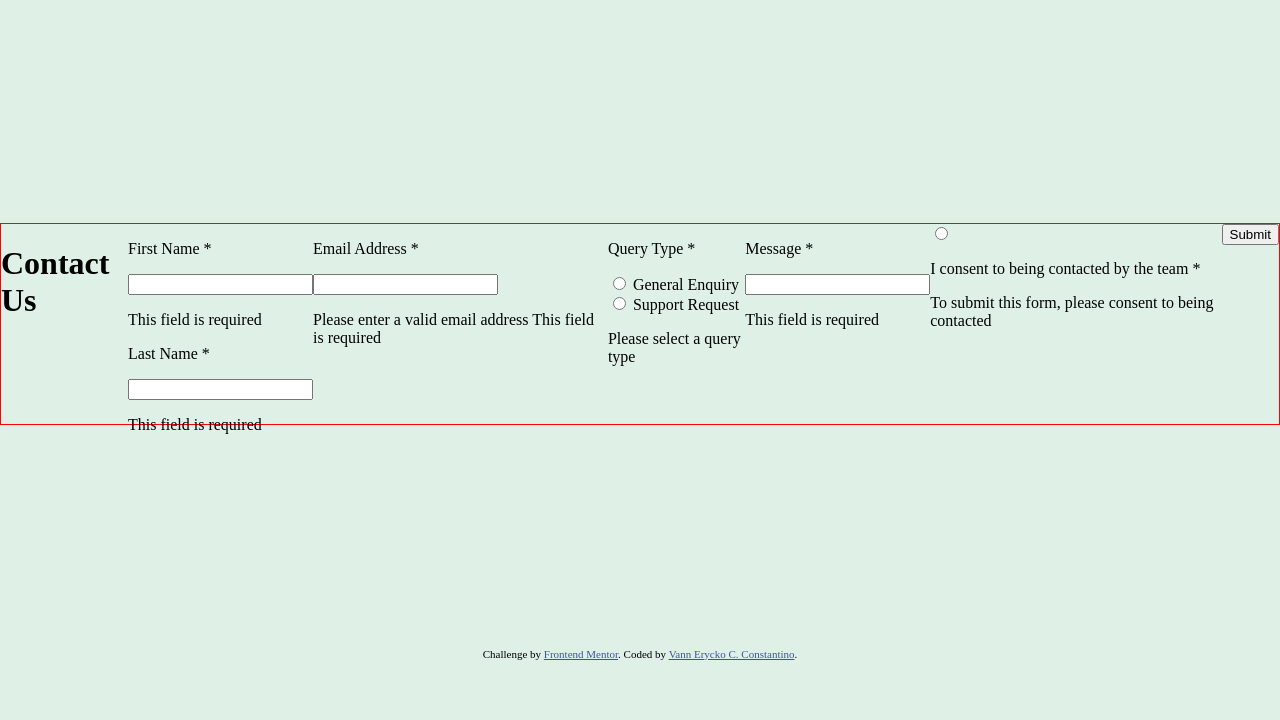
Repository: kocokoy/contact-form
Page: contact-form-main/index.html
These files come from the project's save history. The page is drawn as it stood at one moment and after the next save; the edit follows.
The browser window is 1280 px wide. The pictures show the whole page.

Above is the page before, as saved 2024-10-24 08:51:35.

After the next save:
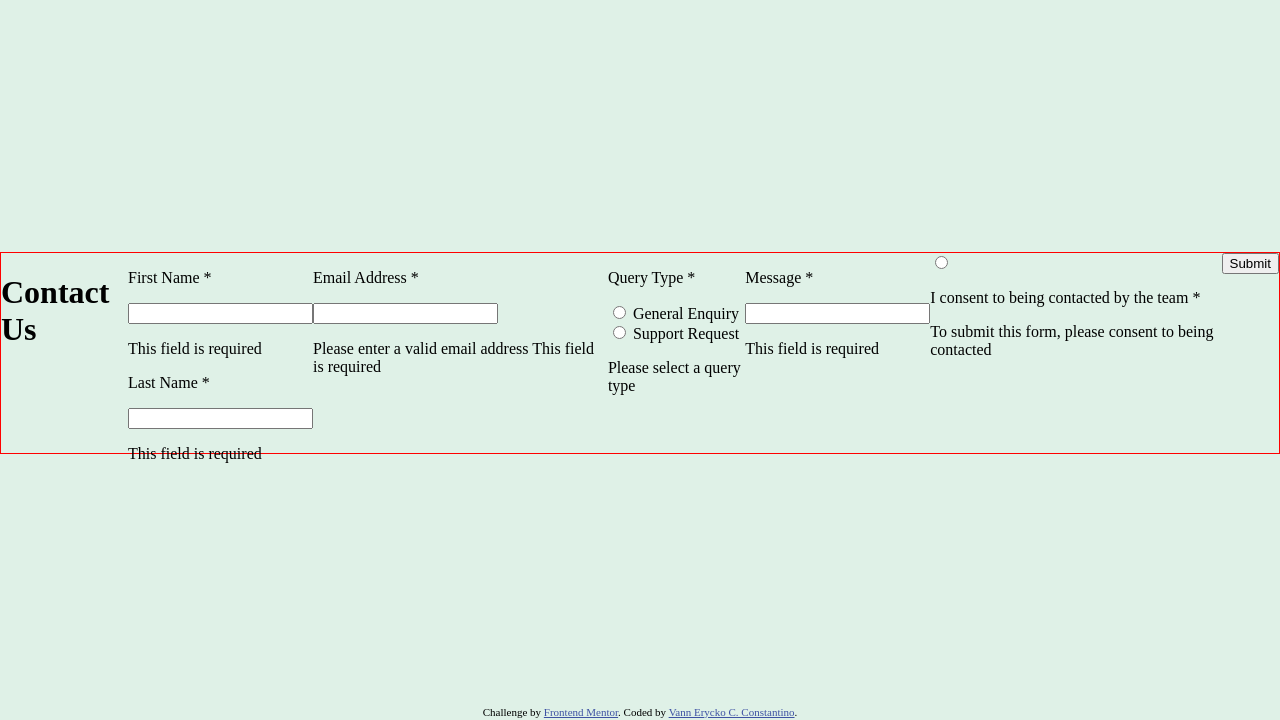
Saved 4 s later.
--- a/contact-form-main/styles/style.css
+++ b/contact-form-main/styles/style.css
@@ -19,7 +19,7 @@ body{
   display: flex;
   align-items: center;
   justify-content: center;
-  height: 90vh;
+  height: 98vh;
 }
 
 .contact-form-card{
